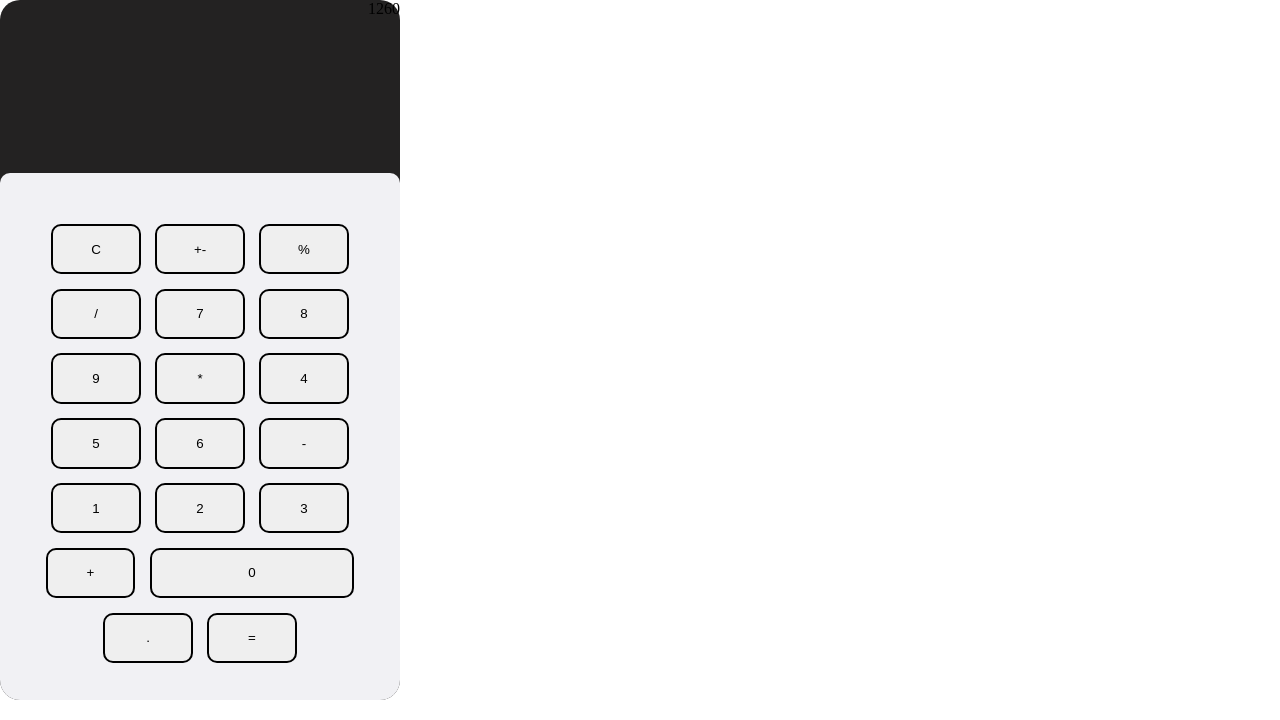
Repository: BrunoBross/calculator
Page: index.html
The author's editor kept a copy of each file at every save. The page is drawn from the files as they stood at one save, then again after a run of saves.
The browser window is 1280 px wide. The pictures show the whole page.

Above is the page before, as saved 2021-11-30 23:02:40.

### index.html
<!DOCTYPE html>
<html lang="en">
<head>
  <meta charset="UTF-8">
  <meta http-equiv="X-UA-Compatible" content="IE=edge">
  <meta name="viewport" content="width=device-width, initial-scale=1.0">
  <title>Calculator</title>
  <link rel="stylesheet" href="./style.css">
</head>
<body>
  <main>
    <div class="calculator">
      <div class="view">
        1260
      </div>
      <div class="buttons">
        <button id="C">C</button>
        <button id="+-">+-</button>
        <button id="%">%</button>
        <button id="/">/</button>
        <button id="seven">7</button>
        <button id="eight">8</button>
        <button id="nine">9</button>
        <button id="*">*</button>
        <button id="four">4</button>
        <button id="five">5</button>
        <button id="six">6</button>
        <button id="-">-</button>
        <button id="one">1</button>
        <button id="two">2</button>
        <button id="three">3</button>
        <button id="+">+</button>
        <button id="zero">0</button>
        <button id=".">.</button>
        <button id="=">=</button>
      </div>
    </div>

    <div class="small-square"></div>
    <div class="square"></div>
    <div class="small-circle"></div>
    <div class="circle"></div>
  </main>
</body>
<script src="./script.js"></script>
</html>

### style.css
*{
  padding: 0;
  margin: 0;
}

.calculator{
  background-color: #232222;
  display: flex;
  flex-direction: column;
  width: 400px;
  height: 700px;
  border-radius: 20px;
}

.view{
  display: flex;
  flex-direction: row-reverse;
  height: 200px;

}

.buttons{
  padding: 2.9vw;
  padding-top: 7vh;
  background-color: #F1F1F4;
  display: flex;
  justify-content: center;
  flex-wrap: wrap;
  gap: 2vh;
  border-radius: 10px 10px 20px 20px;
}

.buttons > button{
  border: 2px solid black;
  height: 7vh;
  width: 7vw;
  border-radius: 10px;
  cursor: pointer;
  transition: 0.3s;
}

.buttons > button:hover{
  filter: brightness(0.7);
}

#zero{
  width: 16vw;
}

Loaded but not shown: script.js (no copy from this time; the picture is the same without it)

After the next 5 saves:
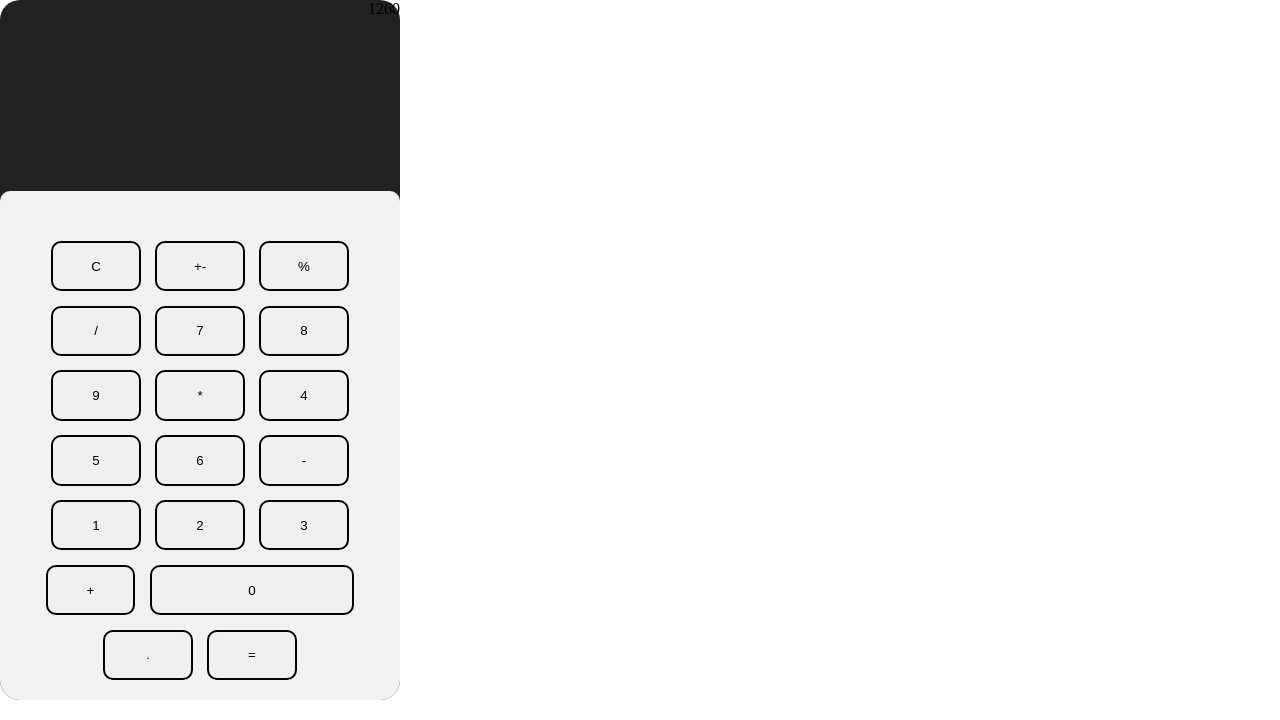
The 5 saves are shown as one change because they came seconds apart.
The last was saved 18 s later.
--- a/style.css
+++ b/style.css
@@ -20,7 +20,7 @@
 }
 
 .buttons{
-  padding: 2.9vw;
+  padding: 20px;
   padding-top: 7vh;
   background-color: #F1F1F4;
   display: flex;
